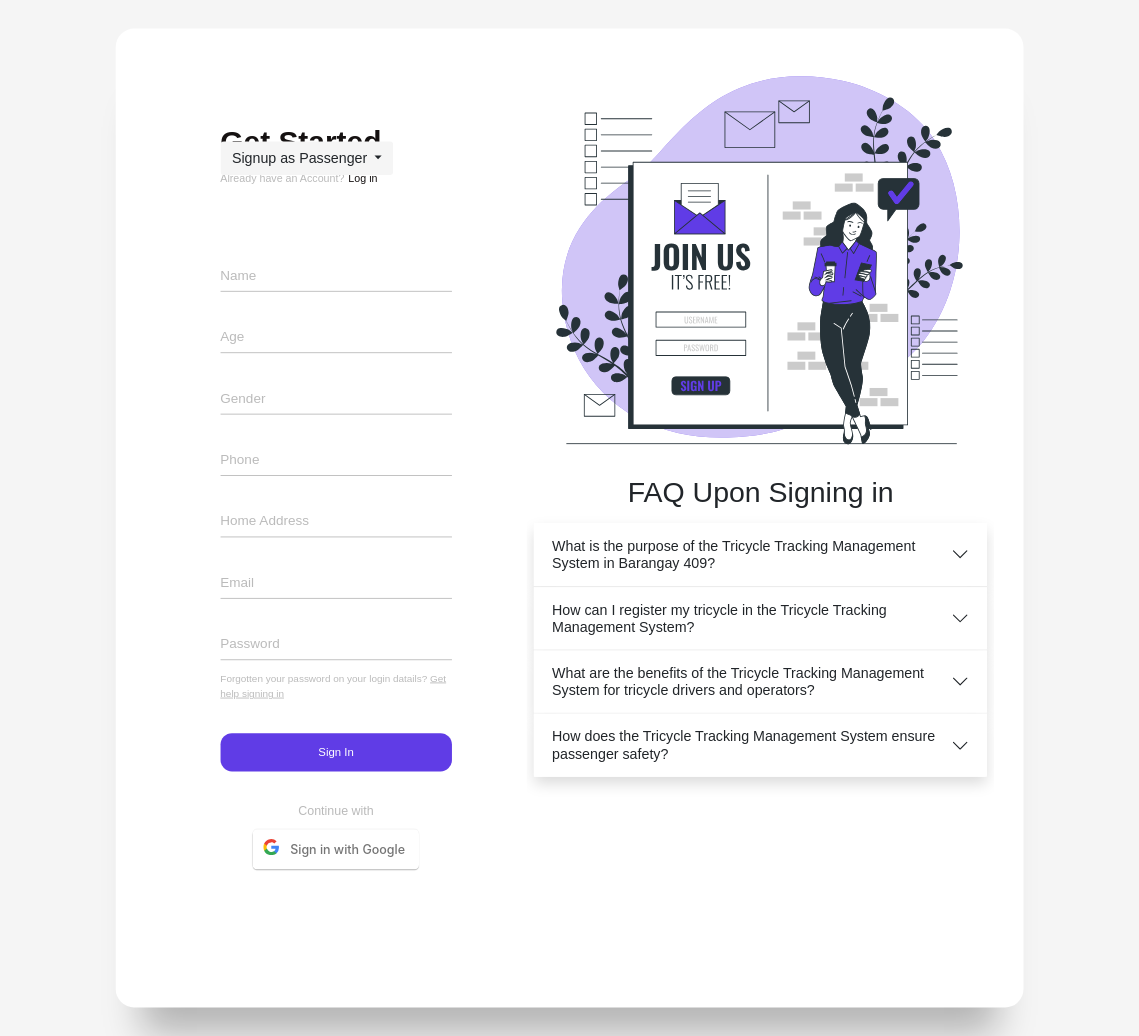
Repository: adrcstro/plate-to-place
Page: http://localhost/Loginsystem/Passenger.php
These files come from the project's save history. The page is drawn as it stood at one moment and after the next save; the edit follows.
The browser window is 1280 px wide. The pictures show the whole page, at 89% of full size.
Some web fonts or font styles are not loaded; a fallback is used. Some web libraries are served in a nearby version. The page is run by PHP 8.4 with error messages shown; the project is at /var/www/html/.

Above is the page before, as saved 2023-10-31 15:45:31.

### Loginsystem/Passenger.php
<!DOCTYPE html>
<html lang="en">
<head>
    <meta charset="UTF-8">
    <meta name="viewport" content="width=device-width, initial-scale=1.0">
    <link rel="shortcut icon" type="x-icon" href="../images/webicon.png">
    <link rel="stylesheet" href="../css/bootstrap.min.css">
    <link rel="stylesheet" href="https://cdnjs.cloudflare.com/ajax/libs/font-awesome/6.3.0/css/all.min.css" integrity="sha512-SzlrxWUlpfuzQ+pcUCosxcglQRNAq/DZjVsC0lE40xsADsfeQoEypE+enwcOiGjk/bSuGGKHEyjSoQ1zVisanQ==" crossorigin="anonymous" referrerpolicy="no-referrer"/>
    <link rel="stylesheet" href="passenger.css">

    <title>Brangay409-3WHeel-Tracking-System</title>
</head>

<body>

<main>
      <div class="box">
        <div class="inner-box">
          <div class="forms-wrap">
            <form action="index.html" autocomplete="off" class="sign-in-form">

<script>
    function changeLoginType(type) {
        document.getElementById('loginDropdown').innerText = 'Login as ' + type;
    }
</script>
              <div class="heading">
                <h2>Get Started</h2>
                <h6>Already have an Account?</h6>
                <a href="login.php" class="loginaccount" data-target="img-2">Log in</a>
              </div>
              <div class="dropdown">
    <button class="btn dropdown-toggle" type="button" data-bs-toggle="dropdown" aria-expanded="false" id="loginDropdown">
        Signup as Passenger
    </button>
    <ul class="dropdown-menu">
        <li><a class="dropdown-item" href="Passenger.php" onclick="changeLoginType('Passenger')">Passenger</a></li>
        <li><a class="dropdown-item" href="Driverlogin.php" onclick="changeLoginType('Driver')">Driver</a></li>

    </ul>
</div>
<div class="formsignin">



              <div class="actual-form">
                <div class="input-wrap">
                  <input
                    type="text"
                    minlength="4"
                    class="input-field"
                    autocomplete="off"
                    required
                  />
                  <label>Name</label>
                </div>

                <div class="input-wrap">
                  <input
                    type="password"
                    minlength="4"
                    class="input-field"
                    autocomplete="off"
                    required
                  />
                  <label>Age</label>
                </div>

                <div class="input-wrap">
                  <input
                    type="text"
                    minlength="4"
                    class="input-field"
                    autocomplete="off"
                    required
                  />
                  <label>Gender</label>
                </div>

                <div class="input-wrap">
                  <input
                    type="text"
                    minlength="4"
                    class="input-field"
                    autocomplete="off"
                    required
                  />
                  <label>Phone</label>
                </div>
                <div class="input-wrap">
                  <input
                    type="text"
                    minlength="4"
                    class="input-field"
                    autocomplete="off"
                    required
                  />
                  <label>Home Address</label>
                </div>

                <div class="input-wrap">
                  <input
                    type="text"
                    minlength="4"
                    class="input-field"
                    autocomplete="off"
                    required
                  />
                  <label>Email</label>
                </div>
                <div class="input-wrap">
                  <input
                    type="text"
                    minlength="4"
                    class="input-field"
                    autocomplete="off"
                    required
                  />
                  <label>Password</label>
                </div>
                <p class="text">
                  Forgotten your password on your login datails?

                  <a href="Forgotpassword.php" data-target="img-2">Get help signing in</a>
                </p>
                <input type="submit" value="Sign In" class="sign-btn" />
                <h5 id="textcon">Continue with</h5>
                <button type="button" class="login-with-google-btn" >
                Sign in with Google
                 </button>
              </div>
              </div>
            </form>


          </div>
          <div class="carousel">
  <div class="images-wrapper">
    <img src="../images/Signup.svg" class="image img-2 show" alt="" />
  </div>

  <div class="col-md-12">
         <h2 class="mt-2 text-center" id="FAQ">FAQ Upon Signing in</h2>
         <div class="accordion accordion-flush p-2" id="accordionFlushExample">
          <div class="accordion-item bg-white shadow">
            <h2 class="accordion-header">
              <button class="accordion-button collapsed" type="button" data-bs-toggle="collapse" data-bs-target="#flush-collapseOne" aria-expanded="false" aria-controls="flush-collapseOne">
                What is the purpose of the Tricycle Tracking Management System in Barangay 409?
              </button>
            </h2>
            <div id="flush-collapseOne" class="accordion-collapse collapse" data-bs-parent="#accordionFlushExample">
              <div class="accordion-body">The Tricycle Tracking Management System aims to streamline tricycle operations and ensure passenger safety and efficient transportation services within the barangay.</div>
            </div>
          </div>
          <div class="accordion-item shadow">
            <h2 class="accordion-header">
              <button class="accordion-button collapsed" type="button" data-bs-toggle="collapse" data-bs-target="#flush-collapseTwo" aria-expanded="false" aria-controls="flush-collapseTwo">
                How can I register my tricycle in the Tricycle Tracking Management System?
              </button>
            </h2>
            <div id="flush-collapseTwo" class="accordion-collapse collapse" data-bs-parent="#accordionFlushExample">
              <div class="accordion-body">To register your tricycle, visit the barangay office and submit the required documents, including the tricycle's registration papers, driver's license, and other necessary permits.</div>
            </div>
          </div>
          <div class="accordion-item shadow">
            <h2 class="accordion-header">
              <button class="accordion-button collapsed" type="button" data-bs-toggle="collapse" data-bs-target="#flush-collapseThree" aria-expanded="false" aria-controls="flush-collapseThree">
                What are the benefits of the Tricycle Tracking Management System for tricycle drivers and operators?
              </button>
            </h2>
            <div id="flush-collapseThree" class="accordion-collapse collapse" data-bs-parent="#accordionFlushExample">
              <div class="accordion-body">The system provides improved transparency in fare collection, enhances security measures for both drivers and passengers, and facilitates better route planning, leading to increased efficiency and profitability for tricycle operators.
              </div>
            </div>
          </div>

          <div class="accordion-item shadow">
            <h2 class="accordion-header">
              <button class="accordion-button collapsed" type="button" data-bs-toggle="collapse" data-bs-target="#flush-collapseFour" aria-expanded="false" aria-controls="flush-collapseFour">
                How does the Tricycle Tracking Management System ensure passenger safety?
              </button>
            </h2>
            <div id="flush-collapseFour" class="accordion-collapse collapse" data-bs-parent="#accordionFlushExample">
              <div class="accordion-body">The system integrates safety measures such as  Report Management, Legal Action Provider, and driver identification features, which enable swift responses to any emergency situations during tricycle rides.</div>
            </div>
          </div>



        </div>
         </div>


</div>
        </div>
      </div>
    </main>



</body>
<script src="../js/bootstrap.bundle.js"></script>
    <script src="login.js"></script>

</html>

### Loginsystem/passenger.css
@import url("https://fonts.googleapis.com/css2?family=Poppins:wght@200;300;400;500;600;700;800&display=swap");
@import url('https://fonts.googleapis.com/css2?family=Advent+Pro:wght@200&display=swap');
@import url('https://fonts.googleapis.com/css2?family=Advent+Pro:wght@200&family=Montserrat+Alternates&display=swap');
@import url('http://fonts.googleapis.com/css?family=Open+Sans:400,700');
*,
*::before,
*::after {
  padding: 0;
  margin: 0;
  box-sizing: border-box;
}
#textcon{
  padding: 4px;
  text-align: center;
  color: #bababa;
  font-size: 14px;
}
.login-with-google-btn {
  transition: background-color .3s, box-shadow .3s;
  padding: 12px 16px 12px 42px;
  border: none;
  border-radius: 5px;
  box-shadow: 0 -1px 0 rgba(0, 0, 0, .04), 0 1px 1px rgba(0, 0, 0, .25);
  display: block;
    margin: auto;
  color: #757575;
  font-size: 14px;
  font-weight: 500;
  font-family: -apple-system,BlinkMacSystemFont,"Segoe UI",Roboto,Oxygen,Ubuntu,Cantarell,"Fira Sans","Droid Sans","Helvetica Neue",sans-serif;

  background-image: url(data:[embedded picture, 822 characters]);
  background-color: white;
  background-repeat: no-repeat;
  background-position: 12px 11px;

  &:hover {
    background-color: #f3f3f3b6;
  }

  &:active {
    background-color: #eeeeee;
  }
}
  &:focus {
    outline: none;
    box-shadow:
      0 -1px 0 rgba(0, 0, 0, .04),
      0 2px 4px rgba(0, 0, 0, .25),
      0 0 0 3px #c8dafc;
  }

.logo {
  text-align: center;
}
.logo br {
  font-size: 1px; /* Adjust the font size as per your requirement */
}
body,
input {
  font-family: 'Montserrat Alternates', sans-serif;

}
#loginDropdown{
  background-color: whitesmoke;
}

main {
  width: 100%;
  min-height: 100vh;
  overflow: hidden;
  background-color: whitesmoke;
  padding: 2rem;
  display: flex;
  align-items: center;
  justify-content: center;
}

.box {
  position: relative;
  width: 100%;
  max-width: 1020px;
  height: 1100px;
  background-color: #fff;
  border-radius: 1.3rem;
  box-shadow: 0 60px 40px -30px rgba(0, 0, 0, 0.27);
}

.inner-box {
  position: absolute;
  width: calc(100% - 4.1rem);
  height: calc(100% - 4.1rem);
  top: 50%;
  left: 50%;
  transform: translate(-50%, -50%);
}

.forms-wrap {
  position: absolute;
  height: 100%;
  width: 45%;
  top: 0;
  left: 0;
  display: grid;
  grid-template-columns: 1fr;
  grid-template-rows: 1fr;
  transition: 0.8s ease-in-out;
}

form {
  max-width: 260px;
  width: 100%;
  margin: 0 auto;
  height: 100%;
  display: flex;
  flex-direction: column;
  justify-content: space-evenly;
  grid-column: 1 / 2;
  grid-row: 1 / 2;
  transition: opacity 0.02s 0.4s;
  border: #aaa;
}

form.sign-up-form {
  opacity: 0;
  pointer-events: none;

}

.logo {
  display: flex;
  align-items: center;
}


.logo h4 {
  font-size: 1.1rem;
  margin-top: -9px;
  letter-spacing: -0.5px;
  color: #151111;
}

.heading h2 {
  font-size: 2.1rem;
  font-weight: 600;
  color: #151111;
}

.heading h6 {
  color: #bababa;
  font-weight: 400;
  font-size: 0.75rem;
  display: inline;
}

.toggle {
  color: #151111;
  text-decoration: none;
  font-size: 0.75rem;
  font-weight: 500;
  transition: 0.3s;
}

.toggle:hover {
  color: #8371fd;
}

.input-wrap {
  position: relative;
  height: 37px;
  margin-bottom: 2rem;
}

.input-field {
  position: absolute;
  width: 100%;
  height: 100%;
  background: none;
  border: none;
  outline: none;
  border-bottom: 1px solid #bbb;
  padding: 0;
  font-size: 0.95rem;
  color: #151111;
  transition: 0.4s;
}

label {
  position: absolute;
  left: 0;
  top: 50%;
  transform: translateY(-50%);
  font-size: 0.95rem;
  color: #bbb;
  pointer-events: none;
  transition: 0.4s;
}

.input-field.active {
  border-bottom-color: #151111;
}

.input-field.active + label {
  font-size: 0.75rem;
  top: -2px;
}
.logtext{
  margin-top: -1rem;
}
.sign-btn {
  display: inline-block;
  width: 100%;
  height: 43px;
  background-color: #603ce6;
  color: #fff;
  border: none;
  cursor: pointer;
  border-radius: 0.8rem;
  font-size: 0.8rem;
  margin-bottom: 2rem;
  transition: 0.3s;
}
.show {
  display: block;
}

.FAQESTION{
  margin-top: -3rem;
}



.hide {
  display: none;
}

.sign-btn:hover {
  background-color: #6a5cc4;
}

.text {
  color: #bbb;
  font-size: 0.7rem;
  transform: translateY(-20px);
}

.text a {
  color: #bbb;
  transition: 0.3s;

}




.text a:hover {
  color: #8371fd;
}

main.sign-up-mode form.sign-in-form {
  opacity: 0;
  pointer-events: none;
}

main.sign-up-mode form.sign-up-form {
  opacity: 1;
  pointer-events: all;
}

main.sign-up-mode .forms-wrap {
  left: 55%;
}

main.sign-up-mode .carousel {
  left: 0%;
}

.carousel {
  position: absolute;
  height: 100%;
  width: 55%;
  left: 45%;
  top: 0;
  background-color: white;
  border-radius: 2rem;
  display: grid;
  grid-template-rows: auto 1fr;
  padding-bottom: 2rem;
  overflow: hidden;
  transition: 0.8s ease-in-out;
}

.images-wrapper {
  display: grid;
  grid-template-columns: 1fr;
  grid-template-rows: 1fr;
}
.hide {
  display: none;
}
.image {
  width: 100%;
 height: 90%;
  grid-column: 1/2;
  grid-row: 1/2;
  opacity: 0;
  transition: opacity 0.3s, transform 0.5s;
}

.img-1 {
  transform: translate(0, -50px);
}

.img-2 {
  transform: scale(0.4, 0.5);
}

.img-3 {
  transform: scale(0.3) rotate(-20deg);
}

.image.show {
  opacity: 1;
  transform: none;
}

.text-slider {
  display: flex;
  align-items: center;
  justify-content: center;
  flex-direction: column;
margin-top: -4rem;

}

.text-wrap {
  max-height: 3.1rem;
  overflow: hidden;
  margin-bottom: 2.3rem;
}

.text-group {
  display: flex;
  flex-direction: column;
  text-align: center;
  transform: translateY(0);
  transition: 0.5s;
}

.text-group h2 {
  line-height: 2.2rem;
  font-weight: 600;
  font-size: 1.6rem;
}

.bullets {
  display: flex;
  align-items: center;
  justify-content: center;
  margin-top: -2.4rem;
}

.bullets span {
  display: block;
  width: 0.5rem;
  height: 0.5rem;
  background-color: #aaa;
  margin: 0 0.25rem;
  border-radius: 50%;
  cursor: pointer;
  transition: 0.3s;
}
.dropdown{
  position: relative; /* or any other position value that suits your layout */
  top: -2rem;
}
.actual-form{
  margin-top: -6rem;
}
.bullets span.active {
  width: 1.1rem;
  background-color: #151111;
  border-radius: 1rem;
}
.actual-form{
  margin-top: 20px;
  }
  .col-md-12{
    margin-top: -4rem;
  }

  .sign-in-form{
    margin-top: -4rem;
  }
.formsignin{
  margin-top: -1rem;
}
.sign-in-form{
  margin-bottom: 4rem;
}

.loginaccount{
  color: #151111;
  text-decoration: none;
  font-size: 0.75rem;
  font-weight: 500;
  transition: 0.3s;
}
.loginaccount:hover{
  color: #8371fd;
}

.heading{
  position: relative; /* or any other position value that suits your layout */
  top: 5rem;
}






@media (max-width: 850px) {
  .box {
    height: auto;
    max-width: 550px;
    overflow: hidden;
  }

  .inner-box {
    position: static;
    transform: none;
    width: revert;
    height: revert;
    padding: 2rem;
  }

  .forms-wrap {
    position: revert;
    width: 100%;
    height: auto;
  }

  form {
    max-width: revert;
    padding: 1.5rem 2.5rem 2rem;
    transition: transform 0.8s ease-in-out, opacity 0.45s linear;
  }

  .heading {
    margin: 2rem 0;
  }

  form.sign-up-form {
    transform: translateX(100%);
  }

  main.sign-up-mode form.sign-in-form {
    transform: translateX(-100%);
  }

  main.sign-up-mode form.sign-up-form {
    transform: translateX(0%);
  }

  .carousel {
    position: revert;
    height: auto;
    width: 100%;
    padding: 3rem 2rem;
    display: flex;
  }

  .images-wrapper {
    display: none;
  }

  .text-slider {
    width: 100%;
  }

  .text-slider{
    margin-top: 3rem;
}
.actual-form{
margin-top: 2rem;
}
.col-md-12{
  margin-top: -3rem;
}
.dropdown{
  margin-top: -1rem;
}
.sign-in-form{
  margin-top: -1rem;
}

.formsignin{
  margin-top: 1rem;
}


}

@media (max-width: 528px) {
  main {
    padding: 1rem;
  }

  .box {
    border-radius: 2rem;
  }

  .inner-box {
    padding: 1rem;
  }

  .carousel {
    padding: 1.5rem 1rem;
    border-radius: 1.6rem;
  }

  .text-wrap {
    margin-bottom: 1rem;
  }

  .text-group h2 {
    font-size: 1.2rem;
  }

  form {
    padding: 1rem 2rem 1.5rem;
  }

  .bullets{
    margin-top: -1rem;
}
.col-md-12{
  margin-top: 1rem;
}


}








@media (max-width: 390px) {
    .text-slider{
        margin-top: 2rem;
    }

}

### Loginsystem/login.js
const inputs = document.querySelectorAll(".input-field");
const toggle_btn = document.querySelectorAll(".toggle");
const main = document.querySelector("main");
const bullets = document.querySelectorAll(".bullets span");
const images = document.querySelectorAll(".image");

inputs.forEach((inp) => {
  inp.addEventListener("focus", () => {
    inp.classList.add("active");
  });
  inp.addEventListener("blur", () => {
    if (inp.value != "") return;
    inp.classList.remove("active");
  });
});

toggle_btn.forEach((btn) => {
  btn.addEventListener("click", () => {
    main.classList.toggle("sign-up-mode");
  });
});

function moveSlider() {
  let index = this.dataset.value;

  let currentImage = document.querySelector(`.img-${index}`);
  images.forEach((img) => img.classList.remove("show"));
  currentImage.classList.add("show");

  const textSlider = document.querySelector(".text-group");
  textSlider.style.transform = `translateY(${-(index - 1) * 2.2}rem)`;

  bullets.forEach((bull) => bull.classList.remove("active"));
  this.classList.add("active");
}

bullets.forEach((bullet) => {
  bullet.addEventListener("click", moveSlider);
});

document.addEventListener('DOMContentLoaded', function () {
  const toggleLinks = document.querySelectorAll('.toggle');
  toggleLinks.forEach(function(toggleLink) {
    toggleLink.addEventListener('click', function (event) {
      event.preventDefault();
      const targetId = toggleLink.getAttribute('data-target');
      const textSlider = document.querySelector('.text-group');
      if (targetId === 'img-1') {
        const targetText = 'Get Started';
        textSlider.innerHTML = `<h2>${targetText}</h2>`;
      } else if (targetId === 'img-2') {
        const targetText = 'Join us';
        textSlider.innerHTML = `<h2>${targetText}</h2>`;
      }
    });
  });
});

Loaded but not shown: css/bootstrap.min.css (library); js/bootstrap.bundle.js (library); Images/Signup.svg (1 lines, source omitted)

After the next save:
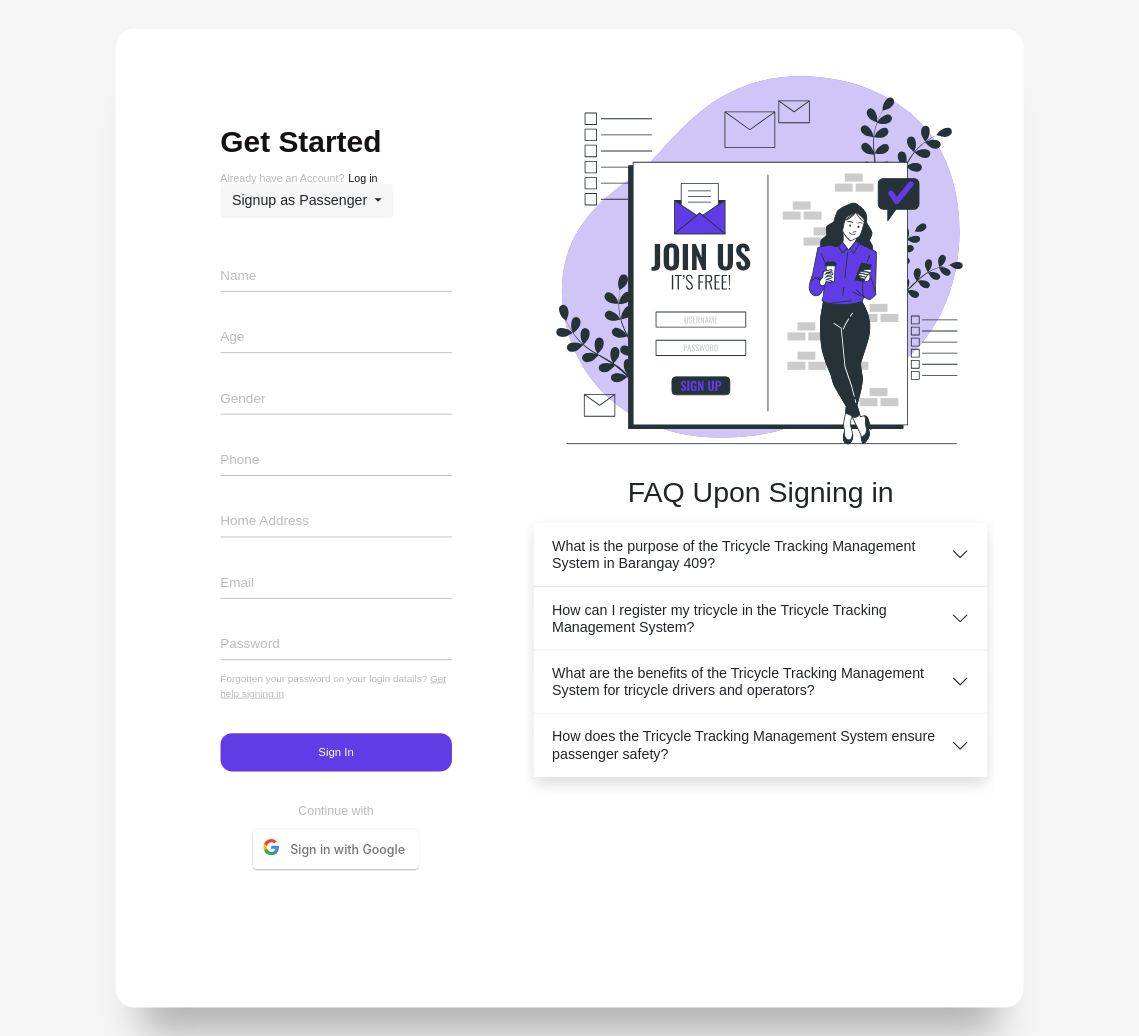
Saved 9 s later.
--- a/Loginsystem/passenger.css
+++ b/Loginsystem/passenger.css
@@ -371,7 +371,7 @@ margin-top: -4rem;
 }
 .dropdown{
   position: relative; /* or any other position value that suits your layout */
-  top: -2rem;
+  top: 1rem;
 }
 .actual-form{
   margin-top: -6rem;
